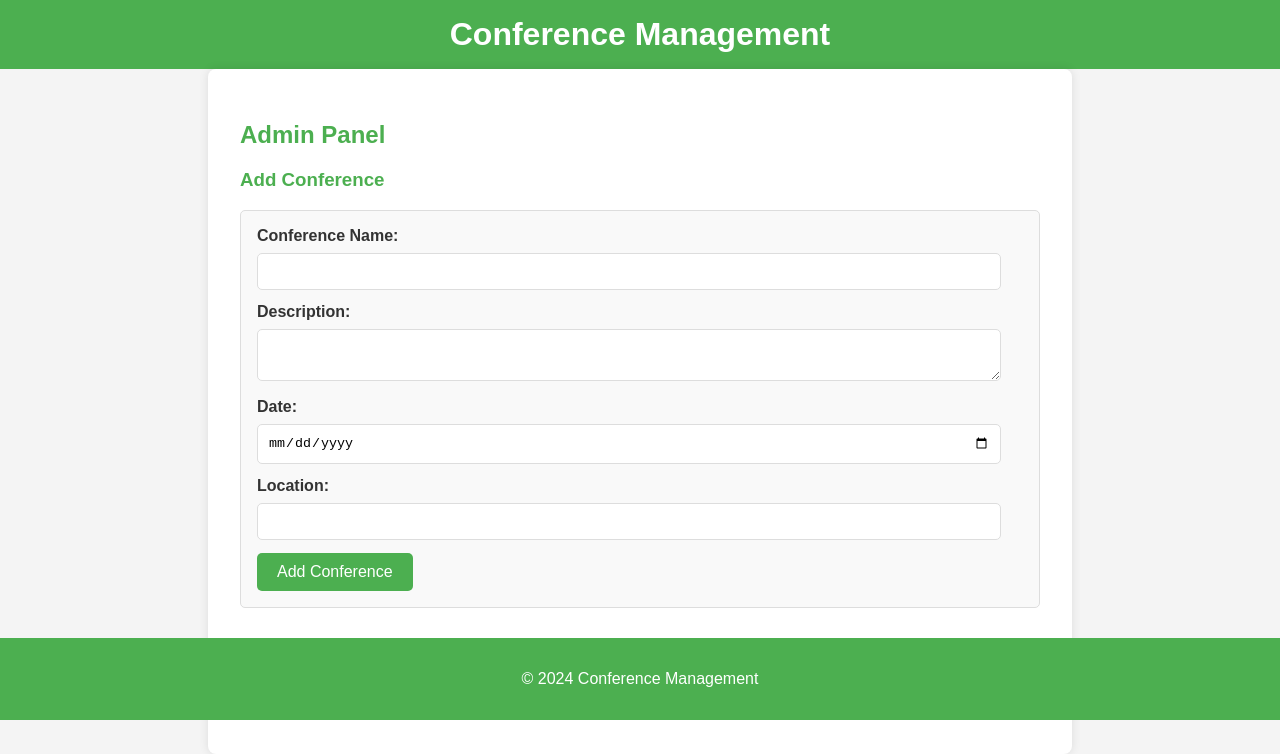
Repository: AMIT1439027/conferenceapp
Page: http://localhost/admin/admin.php
These files come from the project's save history. The page is drawn as it stood at one moment and after the next save; the edit follows.
The browser window is 1280 px wide. The pictures show the whole page.
The page is run by PHP 8.4 with error messages shown; the project is at /var/www/html/. Queries for data that is not in the repository find no rows.

Above is the page before, as saved 2024-05-29 15:01:48.

After the next save:
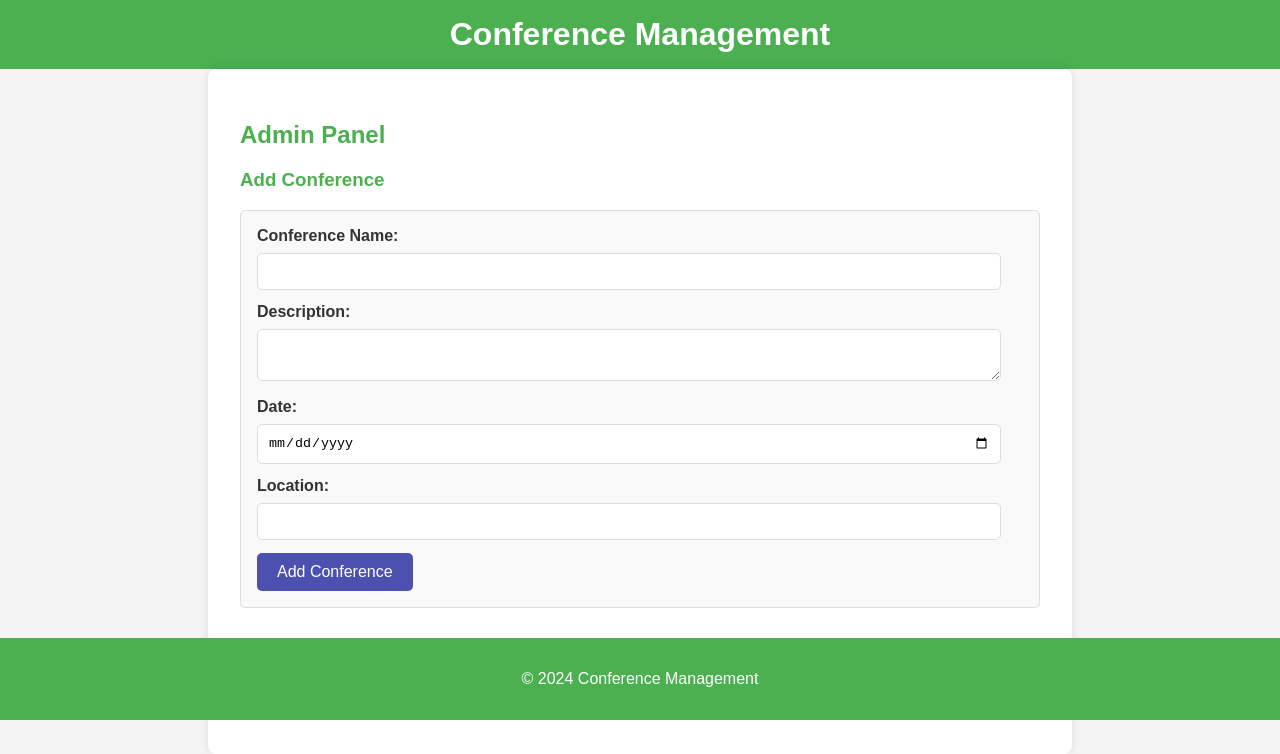
Saved 5 s later.
--- a/admin/styles.css
+++ b/admin/styles.css
@@ -64,7 +64,7 @@ form input[type="text"], form textarea, form input[type="date"] {
 }
 
 form input[type="submit"] {
-    background-color: #4CAF50;
+    background-color: #4c51af;
     color: white;
     border: none;
     padding: 10px 20px;
